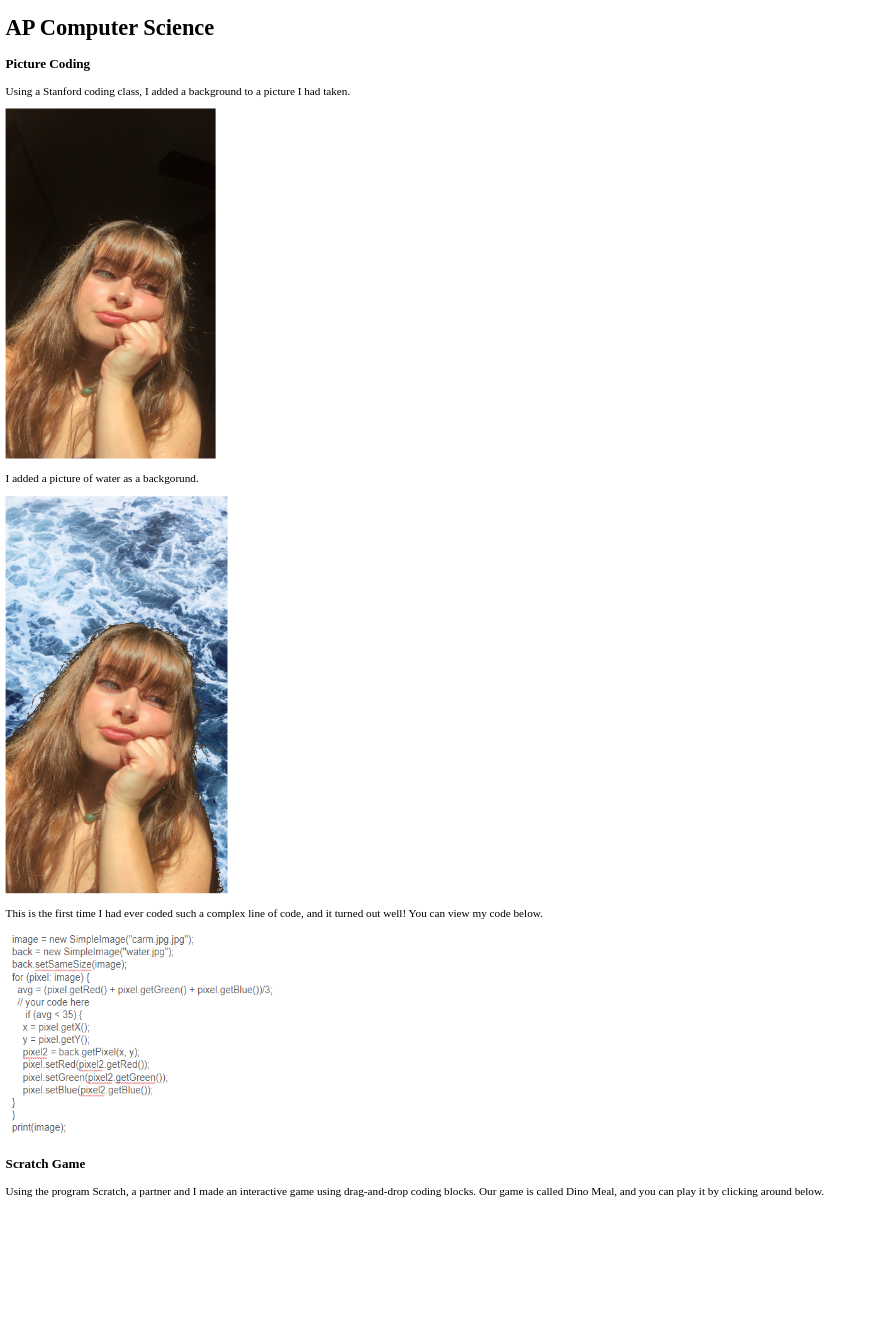
Repository: cdzendzel/cdzendzel.github.io
Page: apcs.html
The author's editor kept a record of every edit. The page is drawn from the files as they stood at one moment, then again after the next edit.
The browser window is 1280 px wide. The pictures show the part of the page from y = 0 to 1920 px (the page is 2805 px tall), at 70% of full size.
Pictures or frames that could not be fetched are drawn as grey boxes.

Above is the page before.

### apcs.html


<!DOCTYPE html>
<html>
<head>
<title>Carmela's Webpage</title>
</head>
<body>

<h1>AP Computer Science</h1>
<h3>Picture Coding</h3>
</body>
</html>
</body>
</html>

<p>Using a Stanford coding class, I added a background to a picture I had taken.  </a></p>
<img src="images/carm.jpg.JPG" alt="Picture of me before coding" width="300" height="500">
<p>I added a picture of water as a backgorund.  <a></p>
<img src="images/carm.water.code.PNG" alt="Picture of me after coding with water as the background"">
<p>This is the first time I had ever coded such a complex line of code, and it turned out well! You can view my code below.</a></p>
<img src="images/pic.code.PNG" alt="Carmela's Picture Code" width="400" height="300">

<h3>Scratch Game</h3>
<p>Using the program Scratch, a partner and I made an interactive game using drag-and-drop coding blocks. Our game is called Dino Meal, and you can play it by clicking around below.  </a></p>
<iframe src="https://docs.google.com/presentation/d/e/2PACX-1vQlzyCuhyRdYywk_B_c0P-xEZjcl4PeS42tZtRi-OlesZ-Pv65c4r4OaglgzEBHuYl5XDBwqpA1L_Ub/embed?start=false&loop=false&delayms=3000" frameborder="0" width="960" height="569" allowfullscreen="true" mozallowfullscreen="true" webkitallowfullscreen="true" width="500"  height="400"></iframe>

<h3>Interactive Fiction Story</h3>
<p>With another pair, I created an interactive fiction story based off the story of the Wizard of Oz.  You can view our code and play our game below.  </a></p>
<iframe height="400px" width="100%" src="https://repl.it/@gabib44/Interactive-Story?lite=true" scrolling="no" frameborder="no" allowtransparency="true" allowfullscreen="true" sandbox="allow-forms allow-pointer-lock allow-popups allow-same-origin allow-scripts allow-modals" width="500" height="750"></iframe>
</body>

After the next edit:
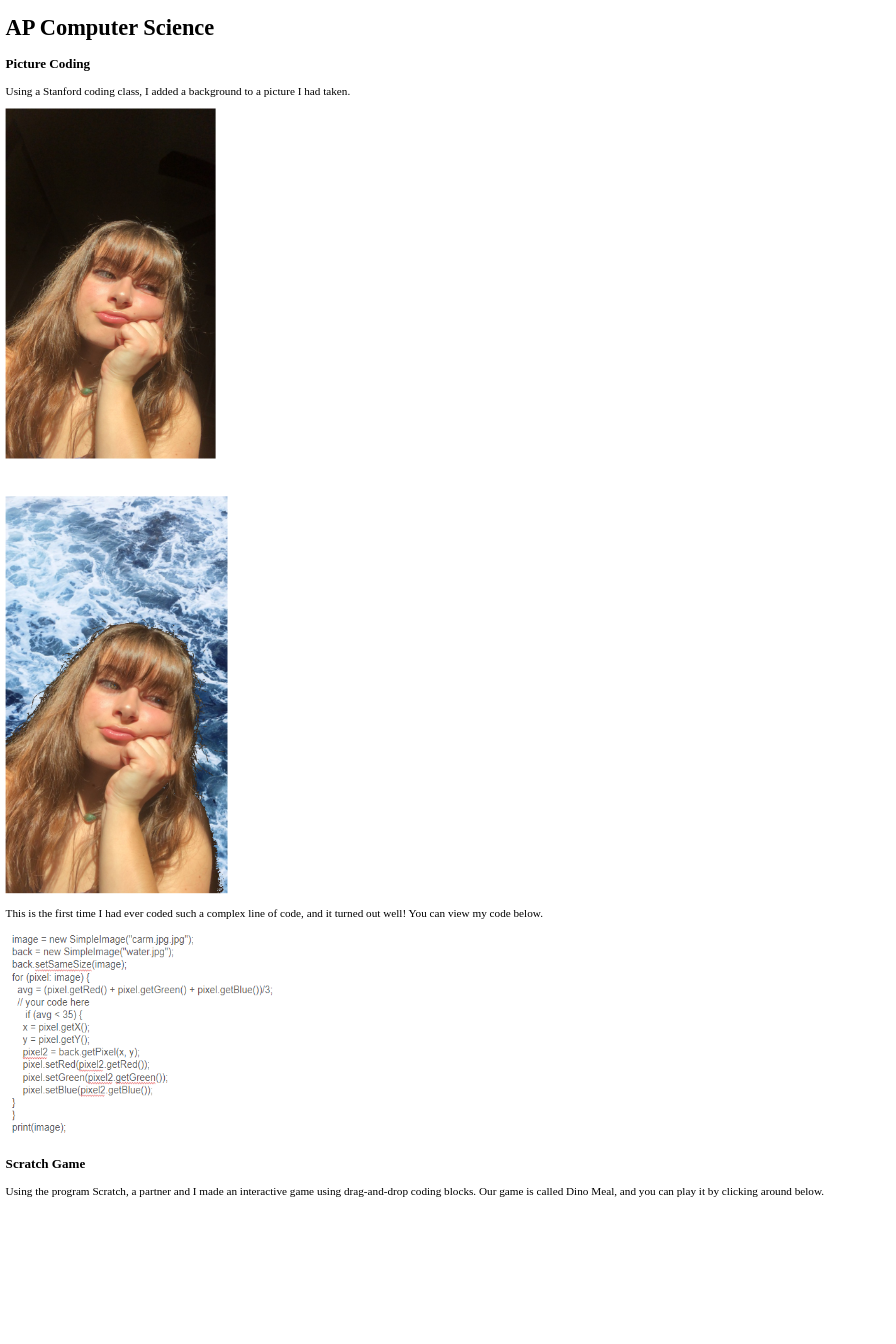
The edit:
--- a/apcs.html
+++ b/apcs.html
@@ -16,7 +16,7 @@
 
 <p>Using a Stanford coding class, I added a background to a picture I had taken.  </a></p>
 <img src="images/carm.jpg.JPG" alt="Picture of me before coding" width="300" height="500">
-<p>I added a picture of water as a backgorund.  <a></p>
+<p style="text-align:center; color:white;">I added a picture of water as a backgorund.  <a></p>
 <img src="images/carm.water.code.PNG" alt="Picture of me after coding with water as the background"">
 <p>This is the first time I had ever coded such a complex line of code, and it turned out well! You can view my code below.</a></p>
 <img src="images/pic.code.PNG" alt="Carmela's Picture Code" width="400" height="300">
